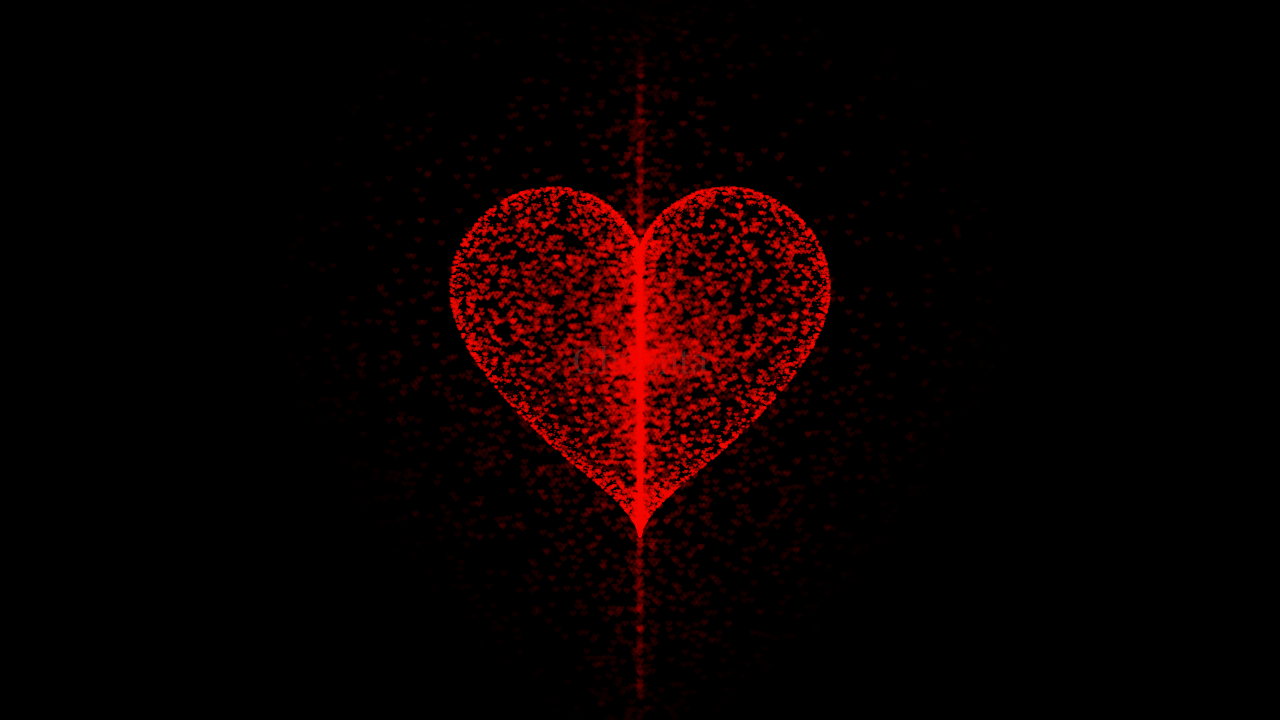
Repository: thaiduy1704/Heart
Page: index.html
The author's editor kept a copy of each file at every save. The page is drawn from the files as they stood at one save, then again after the next save.
The browser window is 1280 px wide. The pictures show the whole page.

Above is the page before, as saved 2022-11-11 02:01:24.
Not found: style.css

After the next save:
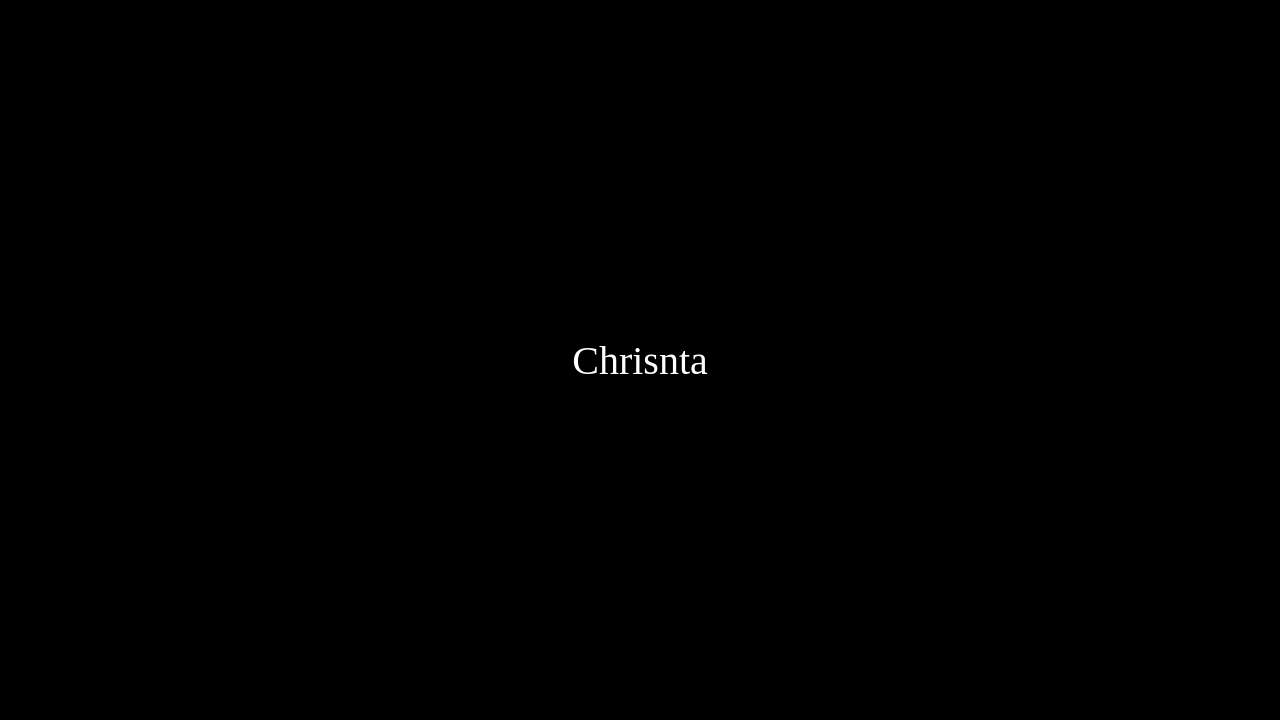
Saved 4 s later.
--- a/index.html
+++ b/index.html
@@ -260,7 +260,7 @@
   <div class="center-text",
   style="background-color:rgb(0, 0, 0);
   position: fixed;
-  z-index: -2;
+  z-index: 1;
         width: 100%;
         color: white ;
         height:100%;

After the save that followed:
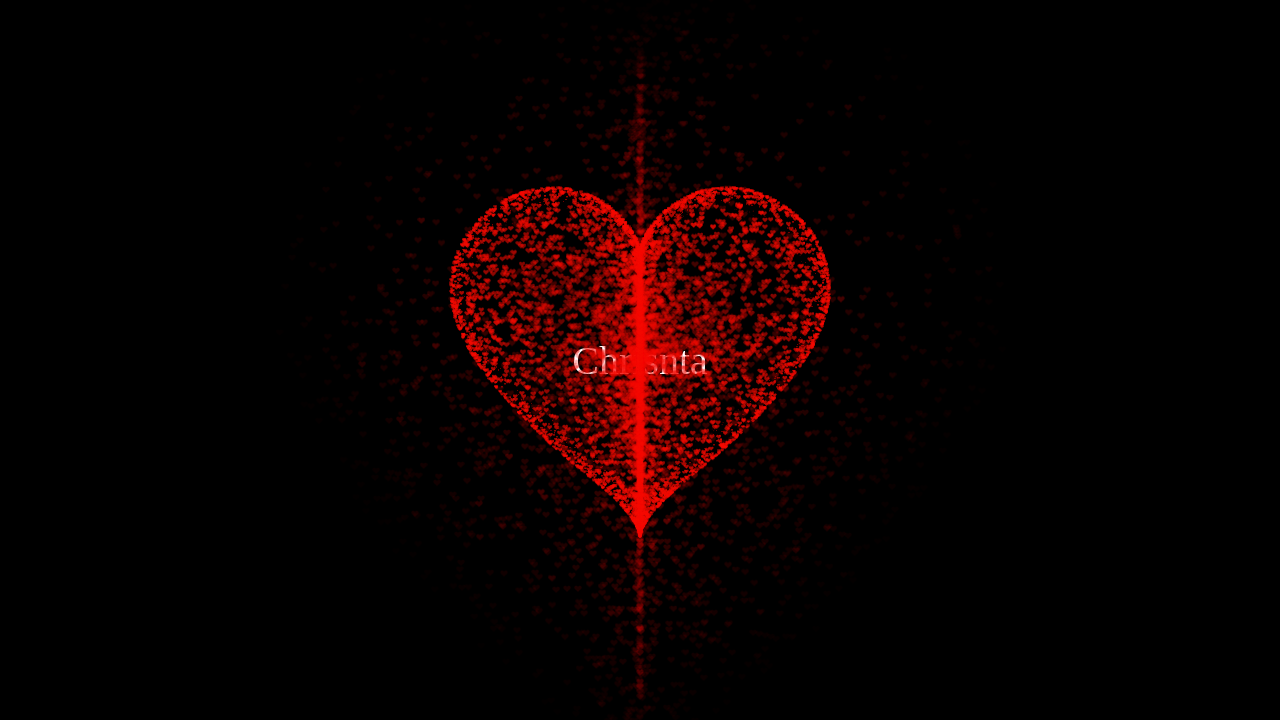
Saved 5 s later.
--- a/index.html
+++ b/index.html
@@ -259,8 +259,7 @@
   </script>
   <div class="center-text",
   style="background-color:rgb(0, 0, 0);
-  position: fixed;
-  z-index: 1;
+
         width: 100%;
         color: white ;
         height:100%;
